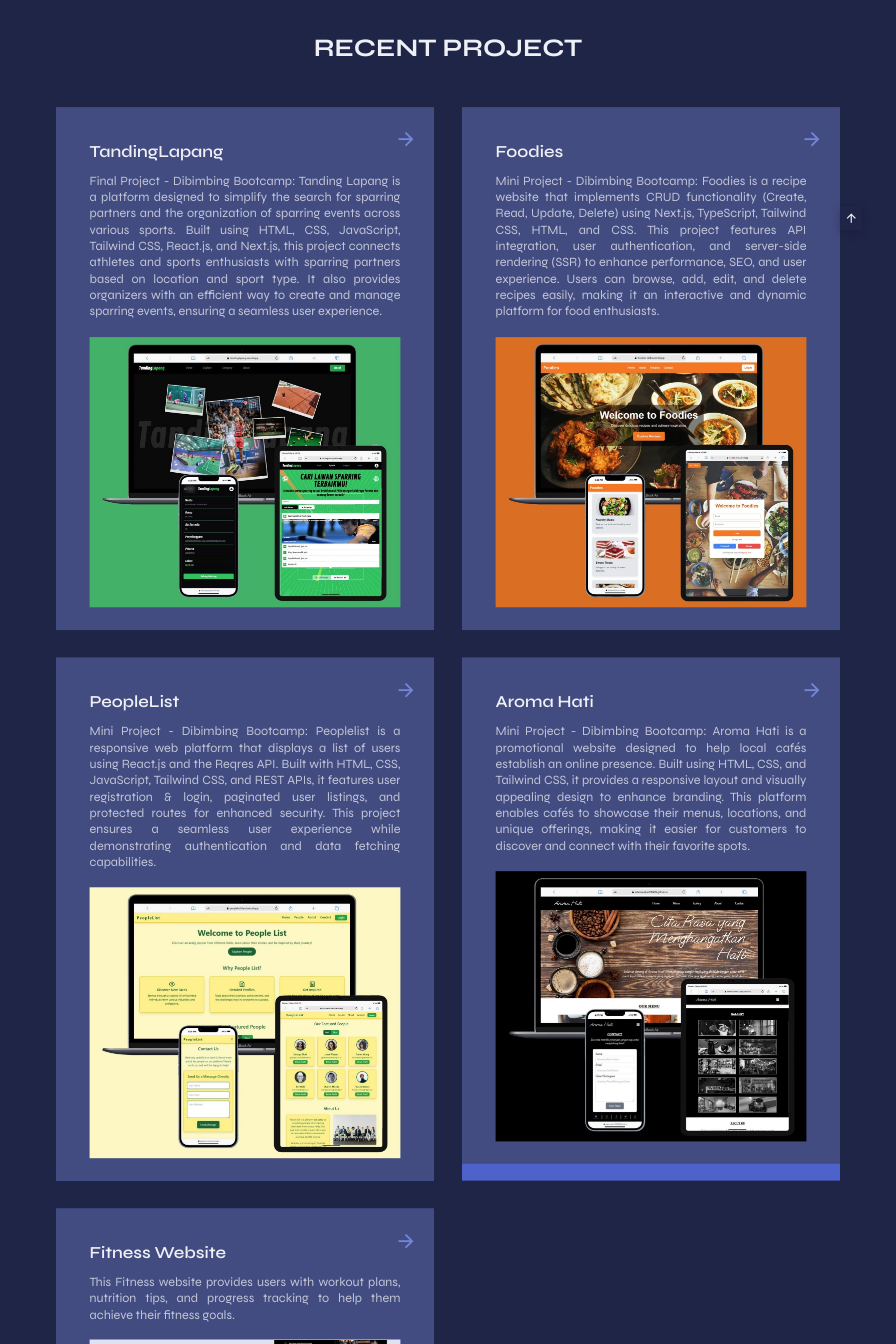
Repository: Ademaulana100499/amgrowth
Page: /
These files come from the project's save history. The page is drawn as it stood at one moment and after the next save; the edit follows.
The browser window is 1280 px wide. The pictures show the part of the page from y = 752 to 2672 px (the page is 7588 px tall before and 7634 px after), at 70% of full size.
Some web fonts or font styles are not loaded; a fallback is used. The project was rebuilt for these pictures with package versions that can differ from the ones it lists, and the page was loaded fresh each time. Also part of the build but not shown: vite.config.js.

Above is the page before, as saved 2025-02-19 16:16:36.

### index.html
<!doctype html>
<html lang="en">
  <head>
    <meta charset="UTF-8" />
    <meta name="viewport" content="width=device-width, initial-scale=1.0" />
    <title>AMgrowth</title>
    <link rel="shortcut icon" href="/assets/img/Favicon.png" />
    <link
      href="https://cdn.jsdelivr.net/npm/remixicon/fonts/remixicon.css"
      rel="stylesheet"
    />

    <link
      rel="stylesheet"
      href="https://fonts.googleapis.com/css2?family=Kite+One&family=Oooh+Baby&family=Orelega+One&family=Poppins:ital,wght@0,100;0,200;0,300;0,400;0,500;0,600;0,700;0,800;0,900;1,100;1,200;1,300;1,400;1,500;1,600;1,700;1,800;1,900&family=Syne:wght@400..800&display=swap"
    />
  </head>
    <div id="root"></div>
    <script type="module" src="/src/main.jsx"></script>
    <script src="https://cdn.jsdelivr.net/npm/@emailjs/browser@4/dist/email.min.js"></script>
    <script src="https://unpkg.com/scrollreveal"></script>
  </body>
</html>

### src/App.jsx
import { Header } from "./components/Header";
import { Home } from "./components/Home";
import { Projects } from "./components/Projects";
import { Info } from "./components/Info";
import { Services } from "./components/Services";
import { Contact } from "./components/Contact";
import { Footer } from "./components/Footer";
import { Scroll } from "./components/Scroll";
import { Reveal } from "./components/Reveal";
function App() {
  const logo = {
    name: "AMgrowth",
    imageWhite: "/assets/img/Logo_White.png",
    imageBlack: "/assets/img/Logo_Black.png",
  };
  const navList = ["Home", "Projects", "My Info", "Services", "Contact Me"];
  const imageHome = "/assets/img/Photo.png";
  const imageInfo = "/assets/img/Photo2.png";
  const footerCopy = "© All rights reserved by Ade Maulana";
  const biodata = {
    firstName: "Ade",
    lastName: "Maulana",
    profession: "Front-End Developer",
    description:
      "With a strong passion for web development and a background in Informatics Engineering, I am transitioning into a career as a Front-End Web Developer. Skilled in HTML, CSS, JavaScript, TypeScript, React.js, and Next.js, I specialize in building responsive, high-performance, and user-friendly web applications. Experienced in UI/UX principles, state management, API integration, and website optimization, I am committed to continuous learning and delivering modern, efficient web solutions",
    cv: "/assets/pdf/CV Ade Maulana.pdf",
  };
  const projects = [
    {
      id: 1,
      title: "TandingLapang",
      description:
        "Final Project - Dibimbing Bootcamp: Tanding Lapang is a platform designed to simplify the search for sparring partners and the organization of sparring events across various sports. Built using HTML, CSS, JavaScript, Tailwind CSS, React.js, and Next.js, this project connects athletes and sports enthusiasts with sparring partners based on location and sport type. It also provides organizers with an efficient way to create and manage sparring events, ensuring a seamless user experience.",
      image: "/assets/img/tandinglapang.jpg",
    },
    {
      id: 2,
      title: "Foodies",
      description:
        "Mini Project - Dibimbing Bootcamp: Foodies is a recipe website that implements CRUD functionality (Create, Read, Update, Delete) using Next.js, TypeScript, Tailwind CSS, HTML, and CSS. This project features API integration, user authentication, and server-side rendering (SSR) to enhance performance, SEO, and user experience. Users can browse, add, edit, and delete recipes easily, making it an interactive and dynamic platform for food enthusiasts.",
      image: "/assets/img/foodies.jpg",
    },
    {
      id: 3,
      title: "PeopleList",
      description:
        "Mini Project - Dibimbing Bootcamp: Peoplelist is a responsive web platform that displays a list of users using React.js and the Reqres API. Built with HTML, CSS, JavaScript, Tailwind CSS, and REST APIs, it features user registration & login, paginated user listings, and protected routes for enhanced security. This project ensures a seamless user experience while demonstrating authentication and data fetching capabilities.",
      image: "/assets/img/peoplelist.jpg",
    },
    {
      id: 4,
      title: "Aroma Hati",
      description:
        "Mini Project - Dibimbing Bootcamp: Aroma Hati is a promotional website designed to help local cafés establish an online presence. Built using HTML, CSS, and Tailwind CSS, it provides a responsive layout and visually appealing design to enhance branding. This platform enables cafés to showcase their menus, locations, and unique offerings, making it easier for customers to discover and connect with their favorite spots.",
      image: "/assets/img/aromahati.jpg",
    },
    {
      id: 5,
      title: "Fitness Website",
      description:
        "This Fitness website provides users with workout plans, nutrition tips, and progress tracking to help them achieve their fitness goals.",
      image: "/assets/img/fittnes web.avif",
    },
  ];
  const experience = [
    {
      id: 1,
      company: "PT. Victory Chingluh Indonesia",
      profession: "Shipping Officer",
      date: "12/2018 - 07/2024",
      description:
        "Experienced in managing delivery orders with high accuracy using Excel, monitoring stock through SAP, and improving operational efficiency and delivery coordination, with skills in logistics management, inventory, and effective communication.",
    },
    {
      id: 2,
      company: "PT Midi Utama Indonesia, Tbk",
      profession: "Sales Assistant",
      date: "06/2018 - 12/2018",
      description:
        "Experienced in delivering excellent customer service, providing clear product information, and staying updated on new products and promotions to boost customer satisfaction and engagement. Skilled in promoting products and exceeding sales targets through proactive interactions and recommendations, with a focus on teamwork and adaptability.",
    },
    {
      id: 3,
      company: "CV Radjawali",
      profession: "Printing Operator",
      date: "07/2017 - 05/2018",
      description:
        "Experienced in accurately preparing print files, ensuring consistent print quality, and reducing the need for reprints. Skilled in maintaining printing machines to enhance operational efficiency, minimize downtime, and boost productivity.",
    },
  ];
  const education = [
    {
      id: 1,
      university: "Dibimbing.id Bootcamp",
      major: "Front-End Web Development",
      date: "09/2024 - 02/2025",
      description:
        "Learning HTML, CSS, JavaScript, and TypeScript, and utilizing React.js and Next.js to build responsive and high-performance user interfaces. Experienced in UI/UX design slicing, website optimization, and problem-solving algorithms. Skilled in team collaboration using Git/GitHub and committed to continuous learning and staying updated with the latest web technologies.",
    },
    {
      id: 2,
      university: "Institut Teknologi dan Bisnis Bina Sarana Global",
      major: "Informatics Engineering",
      date: "09/2020 - 11/2024",
      description:
        "Studied Informatics Engineering, covering software development, algorithms, data structures, databases, system design, cybersecurity, and AI. Gained expertise in computing principles, system analysis, and application optimization. Experienced in Agile and Scrum methodologies, web development frameworks, UI/UX design, data processing, and problem-solving using algorithms and programming logic.",
    },
  ];
  const skills = [
    {
      id: 1,
      skill: "HTML",
      image: "/assets/img/html.svg",
    },
    {
      id: 2,
      skill: "CSS",
      image: "/assets/img/css.svg",
    },
    {
      id: 3,
      skill: "JavaScript",
      image: "/assets/img/javascript.svg",
    },
    {
      id: 4,
      skill: "React",
      image: "/assets/img/react.svg",
    },
    {
      id: 5,
      skill: "Next.js",
      image: "/assets/img/nextjs.svg",
    },
    {
      id: 6,
      skill: "Git",
      image: "/assets/img/git.svg",
    },
    {
      id: 7,
      skill: "GitHub",
      image: "/assets/img/github.svg",
    },
    {
      id: 8,
      skill: "Tailwind",
      image: "/assets/img/tailwind.png",
    },
    {
      id: 9,
      skill: "Bootstrap",
      image: "/assets/img/bootstrap.png",
    },
    {
      id: 10,
      skill: "Figma",
      image: "/assets/img/figma.svg",
    },
  ];

  const services = [
    {
      id: 1,
      title: "Web Development",
      icon: "ri-code-s-slash-line",
      description:
        "Building functional, secure, and user-friendly websites with features tailored to user needs.",
    },
    {
      id: 2,
      title: "Web Design",
      icon: "ri-pencil-ruler-2-line",
      description:
        "Designing visually appealing and professional website layouts that reflect the brand identity and provide an engaging visual experience.",
    },
    {
      id: 3,
      title: "Responsive Web Design",
      icon: "ri-layout-2-line",
      description:
        "Creating responsive websites compatible across various devices, ensuring an optimal user experience on desktops, tablets, and smartphones.",
    },
  ];
  const socialMedia = [
    {
      id: 1,
      name: "github",
      icon: "ri-github-line",
      link: "https://github.com/Ademaulana100499",
    },
    {
      id: 2,
      name: "linkedin",
      icon: "ri-linkedin-box-line",
      link: "https://www.linkedin.com/in/ademaulana-/",
    },
    {
      id: 3,
      name: "instagram",
      icon: "ri-instagram-line",
      link: "https://www.instagram.com/ade_maulana._/",
    },
  ];

  return (
    <div>
      <Header logo={logo} navList={navList} />
      <main>
        <Home imageHome={imageHome} biodata={biodata} />
        <Projects projects={projects} />
        <Info
          imageInfo={imageInfo}
          biodata={biodata}
          experience={experience}
          skills={skills}
          education={education}
        />
        <Services services={services} />
        <Contact socialMedia={socialMedia} />
        <Footer navList={navList} footerCopy={footerCopy} />
      </main>
      <Scroll />
      <Reveal />
    </div>
  );
}

export default App;

### src/components/Home/index.jsx
import "./style.css";
export const Home = (props) => {
  const { imageHome, biodata } = props;
  return (
    <section className="home section" id="home">
      <div className="container grid home__container">
        <img
          id="image_home"
          src={imageHome}
          alt="image"
          className="home__img"
        />
        <div className="home__data">
          <h1 className="home__name">
            {biodata.firstName} <br /> {biodata.lastName}
          </h1>
          <h3 className="home__profession">{biodata.profession}</h3>
        </div>
        <a href="#projects" className="home__scroll">
          <div className="home__scroll-box">
            <i className="ri-arrow-down-line"></i>
          </div>
          <span className="home__scroll-text">Recent Project</span>
        </a>
      </div>
    </section>
  );
};

### src/components/Projects/index.jsx
import "./style.css";
export const Projects = (props) => {
  const { projects } = props;
  return (
    <section className="projects section" id="projects">
      <h2 className="section__title">RECENT PROJECT</h2>
      <div className="grid container projects__container">
        {projects.map((item) => (
          <article className="project__card" key={item.id}>
            <a
              href={item.link}
              target="_blank"
              className="project__overlay"
            ></a>
            <a href={item.link} target="_blank" className="project__link">
              <h2 className="project__title">{item.title}</h2>
              <p className="project__description">{item.description}</p>
              <img src={item.image} alt="image" className="project__img" />
              <i className="ri-arrow-right-line"> </i>
            </a>
          </article>
        ))}
      </div>
    </section>
  );
};

### src/components/Services/index.jsx
import "./style.css";
export const Services = (props) => {
  const { services } = props;
  return (
    <section className="services section" id="services">
      <h2 className="section__title">SERVICES</h2>
      <div className="container grid services__container">
        {services.map((item) => (
          <article className="services__card" key={item.id}>
            <i className={`services__icon ${item.icon}`}></i>
            <h3 className="services__title">{item.title}</h3>
            <p className="services__description">{item.description}</p>
          </article>
        ))}
      </div>
    </section>
  );
};

### src/components/Footer/index.jsx
import "./style.css";
export const Footer = (props) => {
  const { navList, footerCopy } = props;
  return (
    <footer className="footer" id="footer">
      <div className="container grid footer__container">
        <ul className="footer__links">
          <li>
            <a href="#home" className="footer__link">
              {navList[0]}
            </a>
          </li>
          <li>
            <a href="#projects" className="footer__link">
              {navList[1]}
            </a>
          </li>
          <li>
            <a href="#my info" className="footer__link">
              {navList[2]}
            </a>
          </li>
        </ul>
        <span className="footer__copy">{footerCopy}</span>
      </div>
    </footer>
  );
};

### src/components/Scroll/index.jsx
import React, { useEffect } from "react";
import "./style.css";

export const Scroll = () => {
  useEffect(() => {
    const scrollUp = () => {
      const scrollUp = document.getElementById("scroll-up");
      if (window.scrollY >= 350) {
        scrollUp.classList.add("show-scroll");
      } else {
        scrollUp.classList.remove("show-scroll");
      }
    };
    window.addEventListener("scroll", scrollUp);
    return () => {
      window.removeEventListener("scroll", scrollUp);
    };
  }, []);

  return (
    <a href="#" className="scrollup" id="scroll-up">
      <i className="ri-arrow-up-line"></i>
    </a>
  );
};

### src/components/Reveal/index.jsx
import React, { useEffect } from "react";

export const Reveal = () => {
  useEffect(() => {
    const sr = ScrollReveal({
      origin: "top",
      distance: "60px",
      duration: 2500,
      delay: 400,
    });

    sr.reveal(".home__data, .experience, .skills, .contact__container");
    sr.reveal(".home__img", { delay: 500 });
    sr.reveal(".home__scroll", { delay: 700 });
    sr.reveal(".project__card, .services__card", { interval: 100 });
    sr.reveal(".about__content", { origin: "right" });
    sr.reveal(".about__img", { origin: "left" });

    return () => {
      sr.destroy();
    };
  }, []);
  return <div></div>;
};

### src/components/Scroll/style.css
/* SCROLL BAR */
::-webkit-scrollbar {
  width: 0.6rem;
  background-color: hsl(var(--hue), 20%, 20%);
}
::-webkit-scrollbar-thumb {
  background-color: hsl(var(--hue), 20%, 30%);
}
::-webkit-scrollbar-thumb:hover {
  background-color: hsl(var(--hue), 20%, 40%);
}

/* SCROLL UP */
.scrollup {
  position: fixed;
  right: 1rem;
  bottom: -50%;
  background-color: var(--container-color);
  padding: 6px;
  color: var(--title-color);
  display: inline-flex;
  font-size: 1.25rem;
  box-shadow: 0 4px 12px hsla(var(--hue), 30%, 8%, 0.3);
  z-index: var(--z-tooltip);
  transition: bottom 0.4s, transform 0.4s;
}
.scrollup:hover {
  transform: translateY(-0.5rem);
}

/* SHOW SCROLL */
.show-scroll {
  bottom: 3rem;
}

/* BREAKPOINTS */

@media screen and (min-width: 1150px) {
  .scrollup {
    right: 3rem;
  }
}

### src/components/Theme/style.css
#theme-switch {
  height: 30px;
  width: 30px;
  border-radius: 50%;
  background-color: var(--first-color-light);
  display: flex;
  justify-content: center;
  align-items: center;
}
#theme-switch:hover {
  cursor: pointer;
}
#theme-switch i {
  fill: var(--body-color);
  color: var(--text-color);
}

Loaded but not shown: src/main.jsx (common file); src/components/Header/style.css (313 lines, source omitted); src/components/Info/style.css (186 lines, source omitted); src/index.css (154 lines, source omitted); src/components/Info/index.jsx (71 lines, source omitted); src/components/Header/index.jsx (90 lines, source omitted); src/components/Home/style.css (132 lines, source omitted); src/components/Contact/index.jsx (82 lines, source omitted); src/components/Contact/style.css (119 lines, source omitted); src/components/Projects/style.css (79 lines, source omitted); src/components/Theme/index.jsx (48 lines, source omitted); src/components/Services/style.css (64 lines, source omitted); src/components/Footer/style.css (60 lines, source omitted)

After the next save:
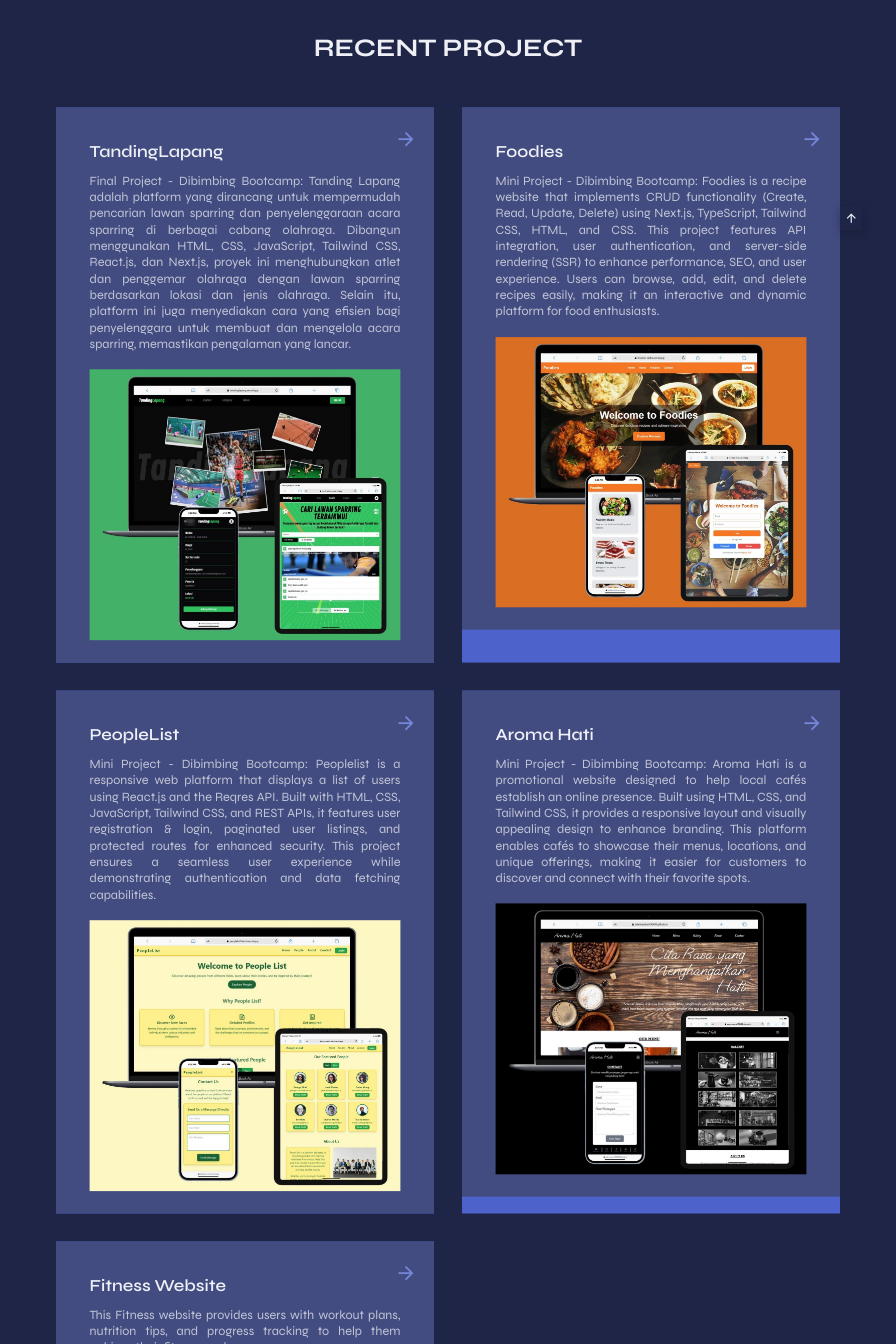
Saved 2 min 25 s later.
--- a/src/App.jsx
+++ b/src/App.jsx
@@ -30,7 +30,7 @@
       id: 1,
       title: "TandingLapang",
       description:
-        "Final Project - Dibimbing Bootcamp: Tanding Lapang is a platform designed to simplify the search for sparring partners and the organization of sparring events across various sports. Built using HTML, CSS, JavaScript, Tailwind CSS, React.js, and Next.js, this project connects athletes and sports enthusiasts with sparring partners based on location and sport type. It also provides organizers with an efficient way to create and manage sparring events, ensuring a seamless user experience.",
+        "Final Project - Dibimbing Bootcamp: Tanding Lapang adalah platform yang dirancang untuk mempermudah pencarian lawan sparring dan penyelenggaraan acara sparring di berbagai cabang olahraga. Dibangun menggunakan HTML, CSS, JavaScript, Tailwind CSS, React.js, dan Next.js, proyek ini menghubungkan atlet dan penggemar olahraga dengan lawan sparring berdasarkan lokasi dan jenis olahraga. Selain itu, platform ini juga menyediakan cara yang efisien bagi penyelenggara untuk membuat dan mengelola acara sparring, memastikan pengalaman yang lancar.",
       image: "/assets/img/tandinglapang.jpg",
     },
     {

After the save that followed:
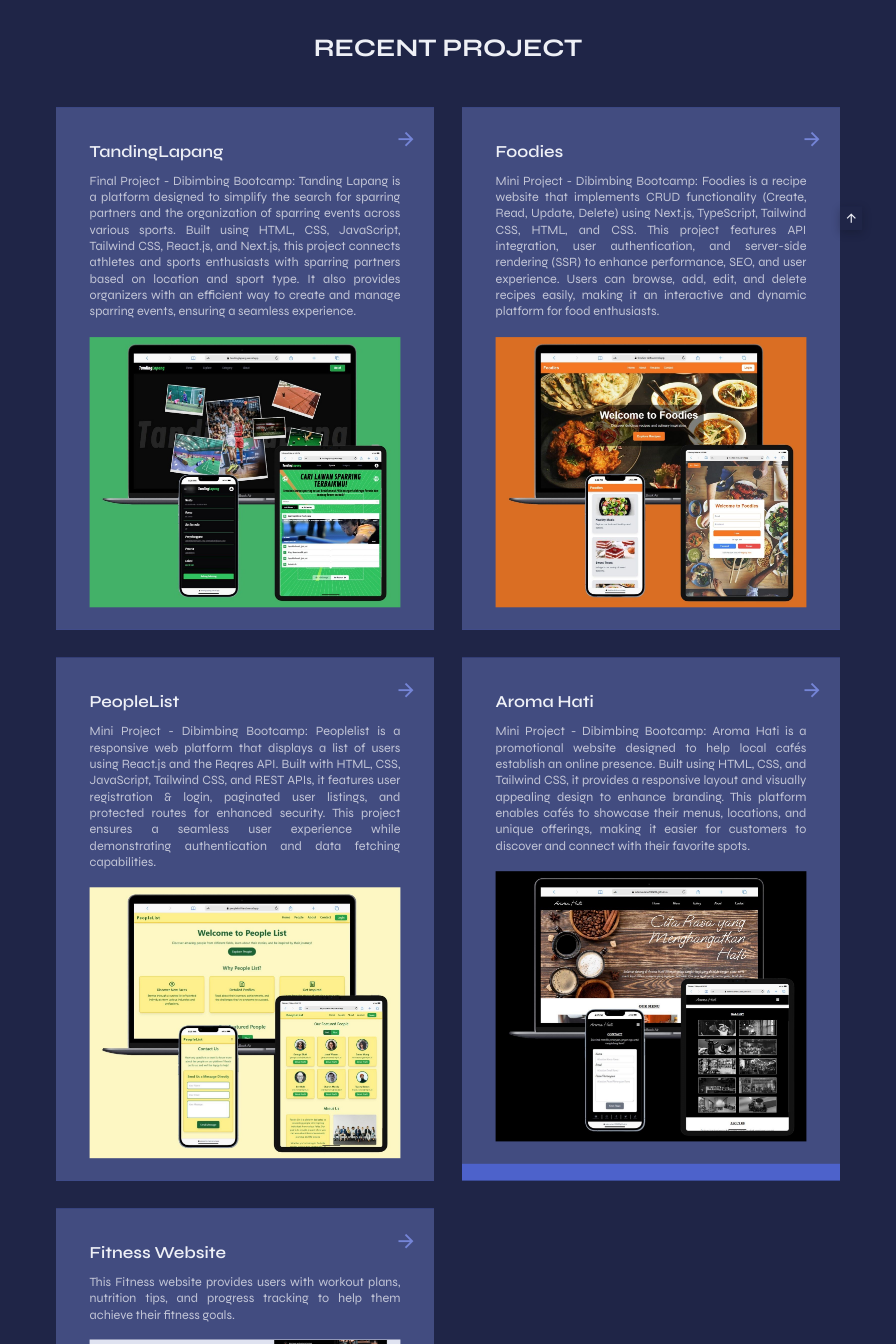
Saved 24 s later.
--- a/src/App.jsx
+++ b/src/App.jsx
@@ -30,7 +30,7 @@
       id: 1,
       title: "TandingLapang",
       description:
-        "Final Project - Dibimbing Bootcamp: Tanding Lapang adalah platform yang dirancang untuk mempermudah pencarian lawan sparring dan penyelenggaraan acara sparring di berbagai cabang olahraga. Dibangun menggunakan HTML, CSS, JavaScript, Tailwind CSS, React.js, dan Next.js, proyek ini menghubungkan atlet dan penggemar olahraga dengan lawan sparring berdasarkan lokasi dan jenis olahraga. Selain itu, platform ini juga menyediakan cara yang efisien bagi penyelenggara untuk membuat dan mengelola acara sparring, memastikan pengalaman yang lancar.",
+        "Final Project - Dibimbing Bootcamp: Tanding Lapang is a platform designed to simplify the search for sparring partners and the organization of sparring events across various sports. Built using HTML, CSS, JavaScript, Tailwind CSS, React.js, and Next.js, this project connects athletes and sports enthusiasts with sparring partners based on location and sport type. It also provides organizers with an efficient way to create and manage sparring events, ensuring a seamless experience.",
       image: "/assets/img/tandinglapang.jpg",
     },
     {
